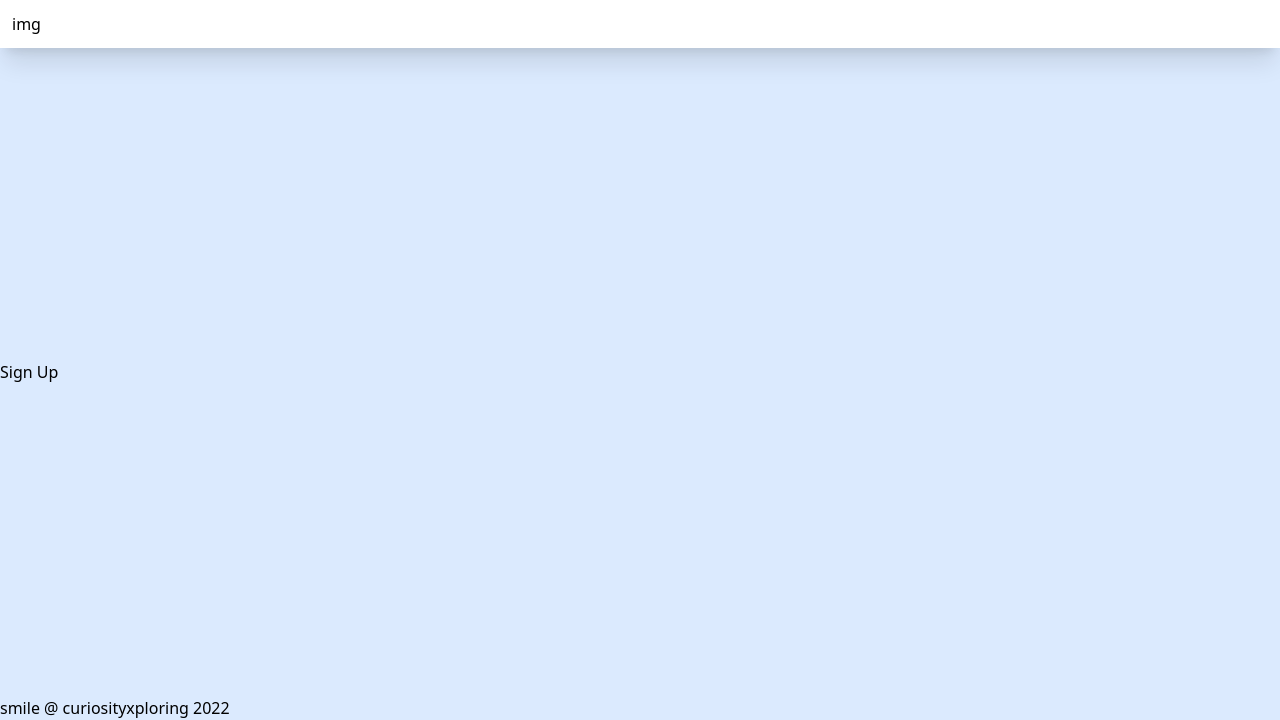
Repository: emorilebo/curiosityxploring-site
Page: /join
These files come from the project's save history. The page is drawn as it stood at one moment and after a run of saves; the edit follows.
The browser window is 1280 px wide. The pictures show the whole page.
The project was rebuilt for these pictures with package versions that can differ from the ones it lists, and the page was loaded fresh each time. The framework's server and built-in components were replaced by stand-ins that run in the browser. Also part of the build but not shown: next.config.js.

Above is the page before, as saved 2022-12-11 16:53:53.

After the next 7 saves:
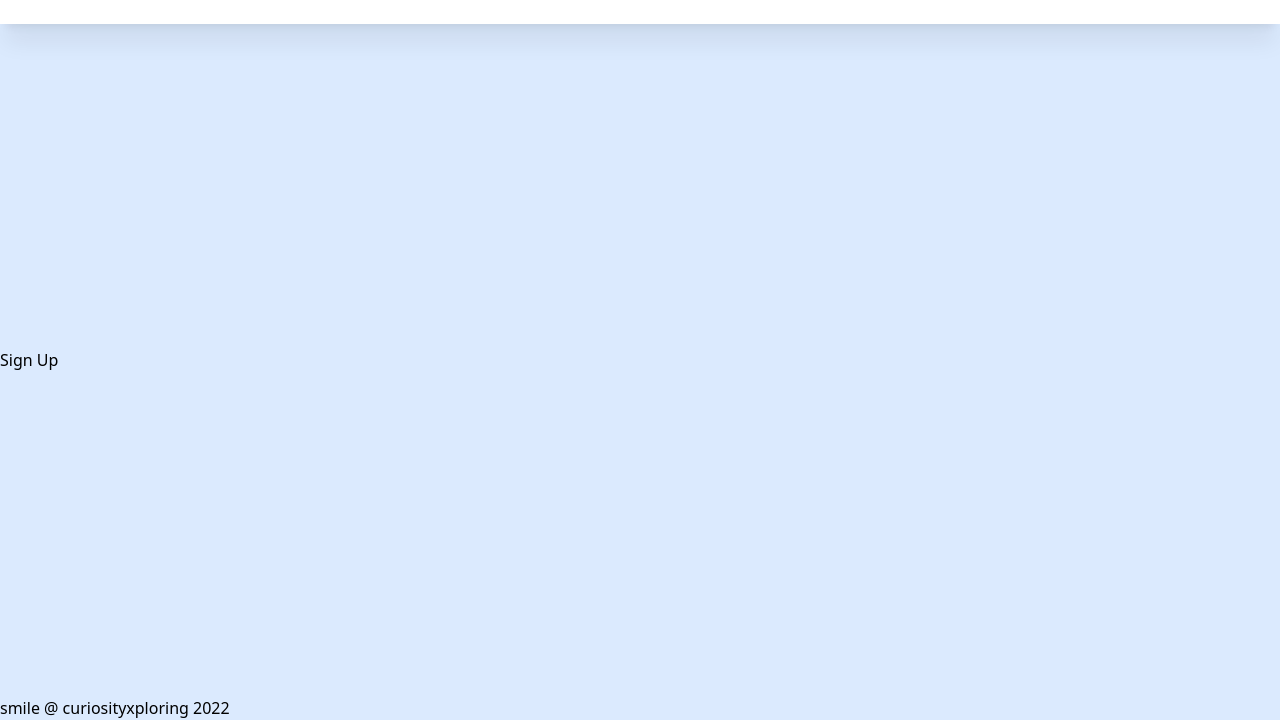
The 7 saves are shown as one change because 1 did not build or start and some came seconds apart.
The last was saved 23 s later.
--- a/components/Header.jsx
+++ b/components/Header.jsx
@@ -3,7 +3,7 @@
 const Header = () => {
   return (
     <nav className="bg-white p-3 shadow-xl">
-      img
+      <img src="" alt=""/>
     </nav>
   );
 };
